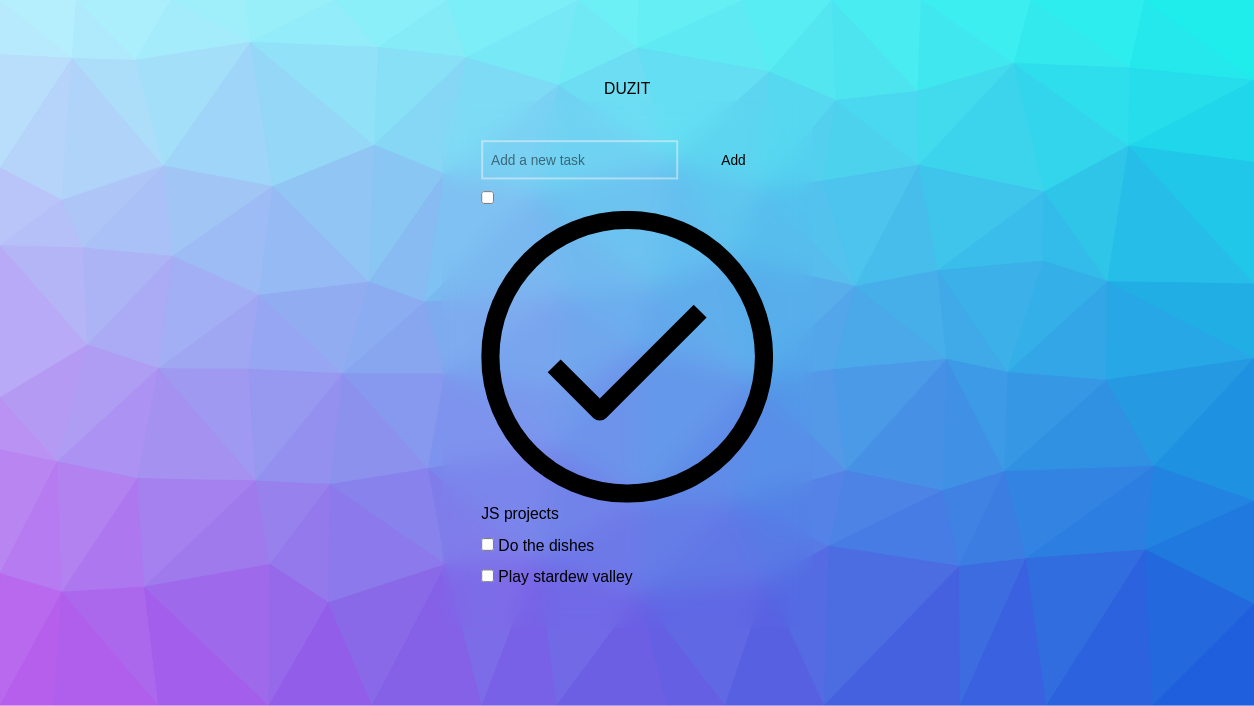
Repository: milkybeargeek/JavaScript-Projects
Page: Duzit/src/index.html
These files come from the project's save history. The page is drawn as it stood at one moment and after the next save; the edit follows.
The browser window is 1280 px wide. The pictures show the whole page, at 98% of full size.
Some web fonts or font styles are not loaded; a fallback is used.

Above is the page before, as saved 2025-02-13 21:48:26.

### Duzit/src/index.html
<!doctype html>
<html>

<head>
    <meta charset="UTF-8">
    <meta name="viewport" content="width=device-width, initial-scale=1.0">
    <link href="./style.css" rel="stylesheet">
    <title>Duzit</title>

</head>

<body
    class=" bg-[url('../bg-poly.png')] bg-cover bg-center bg-fix bg-no-repeat flex flex-col p-4 items-center justify-center h-screen">
    <h1 class="text-5xl mt-24 mb-5 font-extrabold uppercase text-center">Duzit</h1>
    <div
        class="wrapper w-3xl max-w-full rounded-xl backdrop-filter backdrop-blur-md bg-opacity-0 border-3 border-gray-100/50  flex flex-col gap-3 p-10">
        <form class="flex flex-row gap-x-6 gap-y-2">
            <input id="todo-input" type="text" placeholder="Add a new task" autocomplete="off"
                class="border-2 border-gray-100/50  rounded-xl p-2 w-full h-fit box-border font-black text-sm focus:ring-2 focus:outline-none focus:ring-blue-400 dark:focus:ring-blue-200">
            <button id="add-todo"
                class="text-black bg-gradient-to-tl from-blue-800 to-blue-400 hover:bg-gradient-to-br focus:ring-3 focus:outline-none focus:ring-blue-200 dark:focus:ring-blue-200 font-bold rounded-xl text-sm px-5 py-2.5 text-center me-2 mb-2">Add</button>
        </form>
        <ul id="todo-list" class="flex flex-col gap-2">
            <li class="todo-item">
                <input type="checkbox" id="todo-1">
                <label class="custom-checkbox" for="todo-1">
                    <svg xmlns="http://www.w3.org/2000/svg" viewBox="0 0 32 32">
                        <g data-name="60-Check">
                            <path
                                d="M16 0a16 16 0 1 0 16 16A16 16 0 0 0 16 0zm0 30a14 14 0 1 1 14-14 14 14 0 0 1-14 14z" />
                            <path d="m13 20.59-4.29-4.3-1.42 1.42 5 5a1 1 0 0 0 1.41 0l11-11-1.41-1.41z" />
                        </g>
                    </svg>
                </label>
                <label for="todo-1" class="todo-text">JS projects
                </label>
                <button class="delete-todo">
                    <svg xmlns="http://www.w3.org/2000/svg" viewBox="0 0 24 24">
                        <path
                            d="M5.755 20.283 4 8h16l-1.755 12.283A2 2 0 0 1 16.265 22h-8.53a2 2 0 0 1-1.98-1.717zM21 4h-5V3a1 1 0 0 0-1-1H9a1 1 0 0 0-1 1v1H3a1 1 0 0 0 0 2h18a1 1 0 0 0 0-2z" />
                    </svg>
                </button>
            </li>
            <li class="todo-item">
                <input type="checkbox" id="todo-2">
                <label class="custom-checkbox" for="todo-2">

                </label>
                <label for="todo-2" class="todo-text">Do the dishes
                </label>
                <button class="delete-todo">

                </button>
            </li>
            <li class="todo-item">
                <input type="checkbox" id="todo-3">
                <label class=" custom-checkbox" for="todo-3">

                </label>
                <label for="todo-3" class="todo-text">Play stardew valley
                </label>
                <button class="delete-todo">

                </button>
            </li>
        </ul>
    </div>
</body>

</html>

Loaded but not shown: Duzit/src/style.css (3326 lines, source omitted)

After the next save:
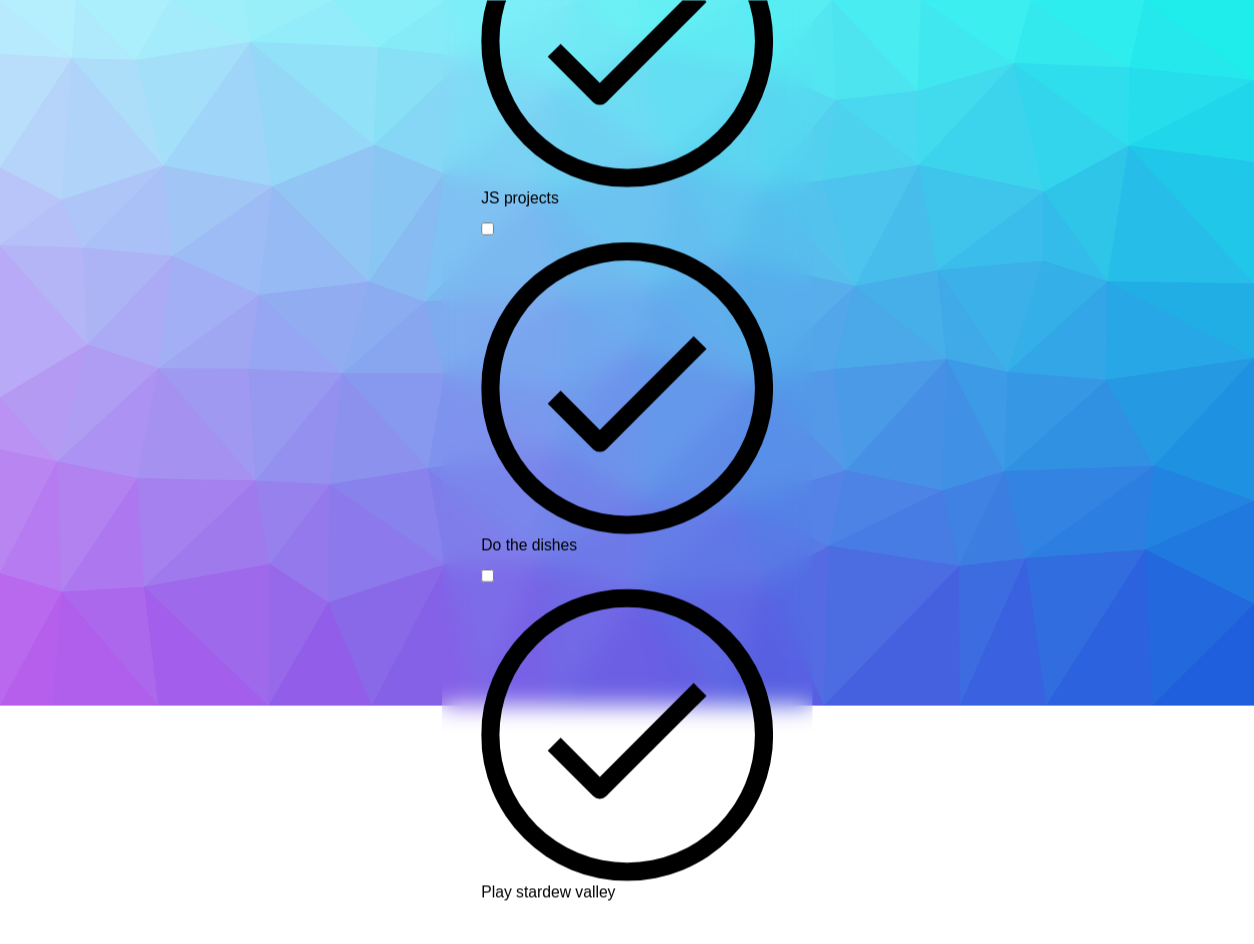
Saved 20 s later.
--- a/Duzit/src/index.html
+++ b/Duzit/src/index.html
@@ -44,7 +44,13 @@
             <li class="todo-item">
                 <input type="checkbox" id="todo-2">
                 <label class="custom-checkbox" for="todo-2">
-
+                    <svg xmlns="http://www.w3.org/2000/svg" viewBox="0 0 32 32">
+                        <g data-name="60-Check">
+                            <path
+                                d="M16 0a16 16 0 1 0 16 16A16 16 0 0 0 16 0zm0 30a14 14 0 1 1 14-14 14 14 0 0 1-14 14z" />
+                            <path d="m13 20.59-4.29-4.3-1.42 1.42 5 5a1 1 0 0 0 1.41 0l11-11-1.41-1.41z" />
+                        </g>
+                    </svg>
                 </label>
                 <label for="todo-2" class="todo-text">Do the dishes
                 </label>
@@ -55,7 +61,13 @@
             <li class="todo-item">
                 <input type="checkbox" id="todo-3">
                 <label class=" custom-checkbox" for="todo-3">
-
+                    <svg xmlns="http://www.w3.org/2000/svg" viewBox="0 0 32 32">
+                        <g data-name="60-Check">
+                            <path
+                                d="M16 0a16 16 0 1 0 16 16A16 16 0 0 0 16 0zm0 30a14 14 0 1 1 14-14 14 14 0 0 1-14 14z" />
+                            <path d="m13 20.59-4.29-4.3-1.42 1.42 5 5a1 1 0 0 0 1.41 0l11-11-1.41-1.41z" />
+                        </g>
+                    </svg>
                 </label>
                 <label for="todo-3" class="todo-text">Play stardew valley
                 </label>
